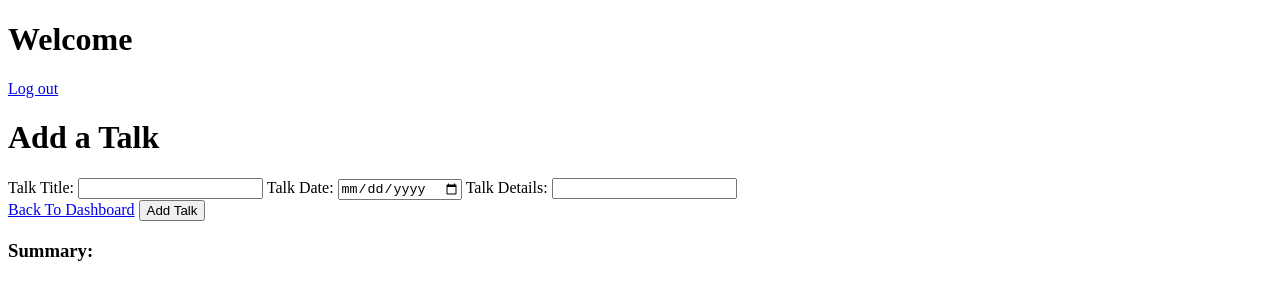
Repository: AbdallahFrehat99/AxsosAcademyAssignments
Page: http://localhost/exam/WEB-INF/editTalk.jsp
The author's editor kept a copy of each file at every save. The page is drawn from the files as they stood at one save, then again after the next save.
The browser window is 1280 px wide. The pictures show the whole page.
The page is served by Tomcat 10. Nobody is signed in. Other server files are loaded and not shown. The template is opened directly, without the code that normally fills it, so the values that code supplies are empty.

Above is the page before, as saved 2025-06-15 11:03:22.

### JavaStack/Spring/JavaExam/exam/src/main/webapp/WEB-INF/editTalk.jsp
<%@ page language="java" contentType="text/html; charset=UTF-8"
	pageEncoding="UTF-8"%>
<%@ taglib prefix="c" uri="http://java.sun.com/jsp/jstl/core"%>
<%@ taglib prefix="form" uri="http://www.springframework.org/tags/form"%>
<%@ page isErrorPage="true"%>
<!DOCTYPE html>
<html>
<head>
<meta charset="UTF-8">
<title>Update Talk</title>
</head>
<body>
	<div>
		<h1>Welcome ${loggedUser.firstName}</h1>
		<a href="/logout">Log out</a>
	</div>

	<form:form action="/createtalk" method="post" modelAttribute="talk">
	<input type="hidden" name="_method" value="put">
		<h1>Add a Talk</h1>
		<form:label path="talkTitle">Talk Title:</form:label>
		<form:input path="talkTitle" />

		<form:label path="talkDate">Talk Date:</form:label>
		<form:input path="talkDate" type="date" />

		<form:label path="talkDetails">Talk Details:</form:label>
		<form:input path="talkDetails" />
		<form:input path="user" type="hidden" value="${loggedUser.id}"/>
		<div>
			<a href="/dashboard">Back To Dashboard</a> <input type="submit" value="Add Talk" />
		</div>

		<h3>Summary:</h3>

		<form:errors path="talkTitle" />
		<br>
		<form:errors path="talkDate" />
		<br>
		<form:errors path="talkDetails" />
		<br>

	</form:form>
</body>
</html>

After the next save:
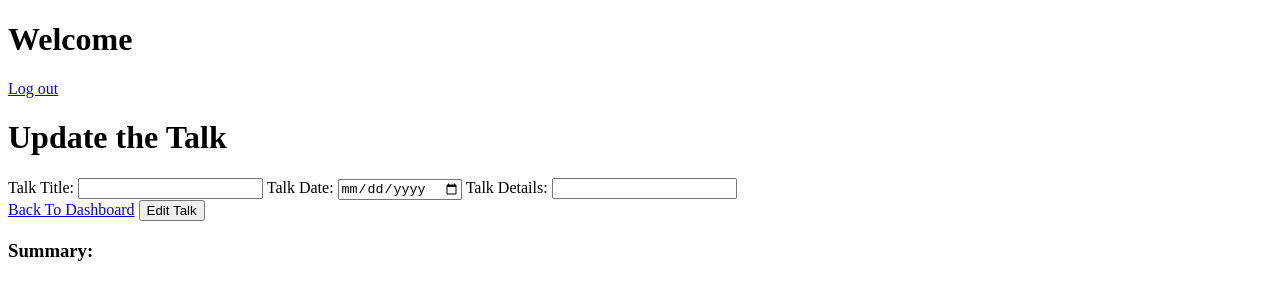
Saved 3 min 3 s later.
--- a/JavaStack/Spring/JavaExam/exam/src/main/webapp/WEB-INF/editTalk.jsp
+++ b/JavaStack/Spring/JavaExam/exam/src/main/webapp/WEB-INF/editTalk.jsp
@@ -15,9 +15,9 @@
 		<a href="/logout">Log out</a>
 	</div>
 
-	<form:form action="/createtalk" method="post" modelAttribute="talk">
+	<form:form action="/update" method="post" modelAttribute="talk">
 	<input type="hidden" name="_method" value="put">
-		<h1>Add a Talk</h1>
+		<h1>Update the Talk</h1>
 		<form:label path="talkTitle">Talk Title:</form:label>
 		<form:input path="talkTitle" />
 
@@ -28,7 +28,7 @@
 		<form:input path="talkDetails" />
 		<form:input path="user" type="hidden" value="${loggedUser.id}"/>
 		<div>
-			<a href="/dashboard">Back To Dashboard</a> <input type="submit" value="Add Talk" />
+			<a href="/dashboard">Back To Dashboard</a> <input type="submit" value="Edit Talk" />
 		</div>
 
 		<h3>Summary:</h3>
